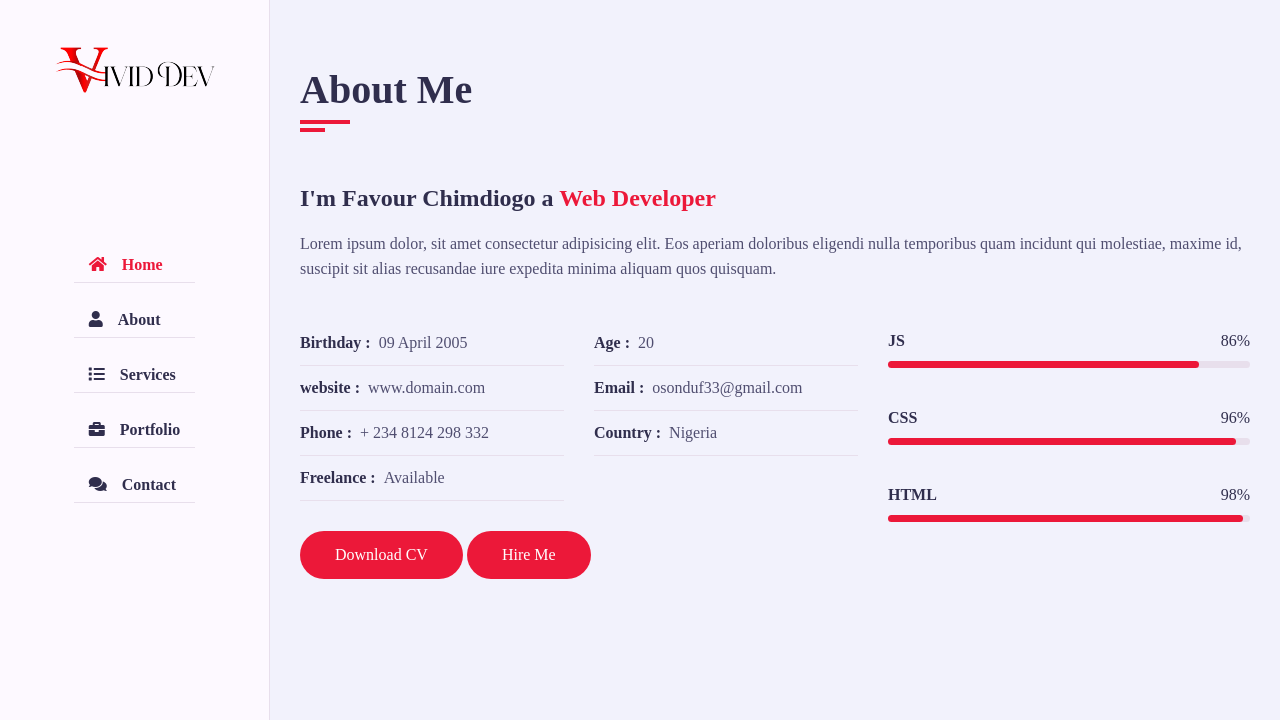
Repository: Big-Fave1/vivid-dev-portfolio
Page: build/index.html
These files come from the project's save history. The page is drawn as it stood at one moment and after the next save; the edit follows.
The browser window is 1280 px wide. The pictures show the whole page.
Some web fonts or font styles are not loaded; a fallback is used.

Above is the page before, as saved 2025-05-30 14:36:12.

After the next save:
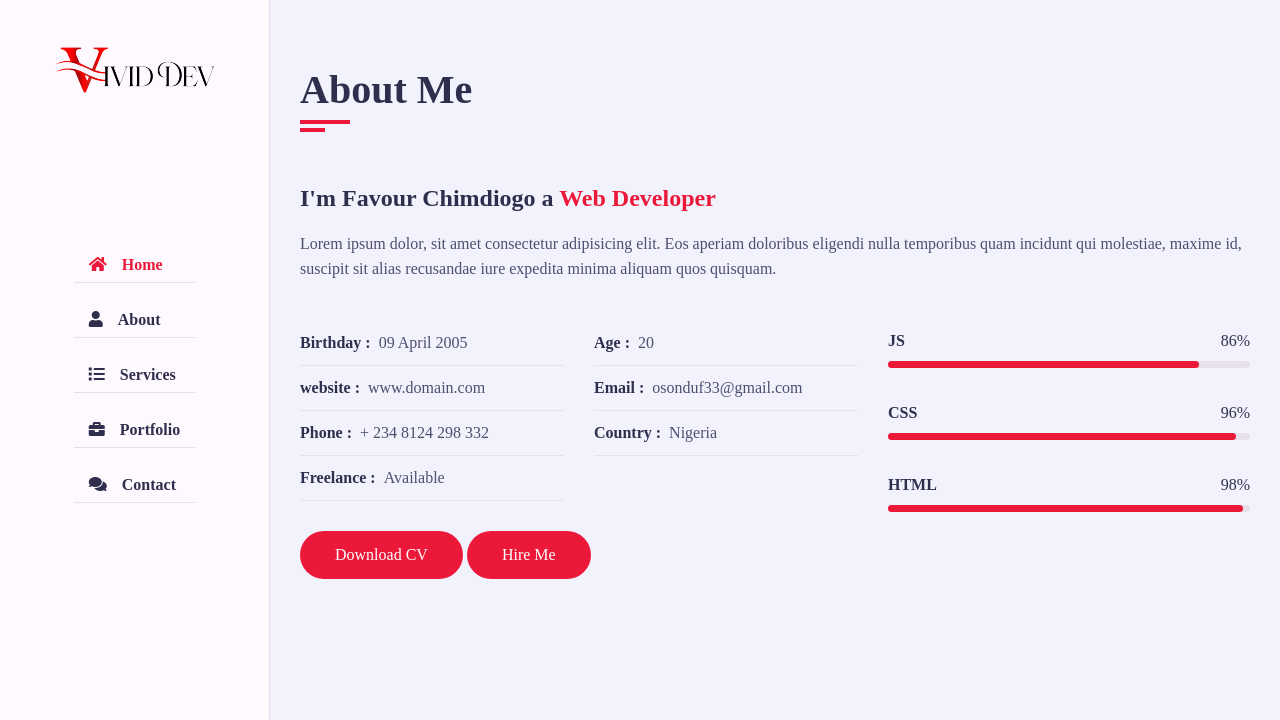
Saved 84 s later.
--- a/build/css/style.css
+++ b/build/css/style.css
@@ -397,7 +397,7 @@ h3.my-profession
 }
 .about .about-content .skills .skill-item
 {
-    margin-bottom: 30px;
+    margin-bottom: 25px;
 }
 .about .about-content .skills .skill-item .progress .progress-in
 {
